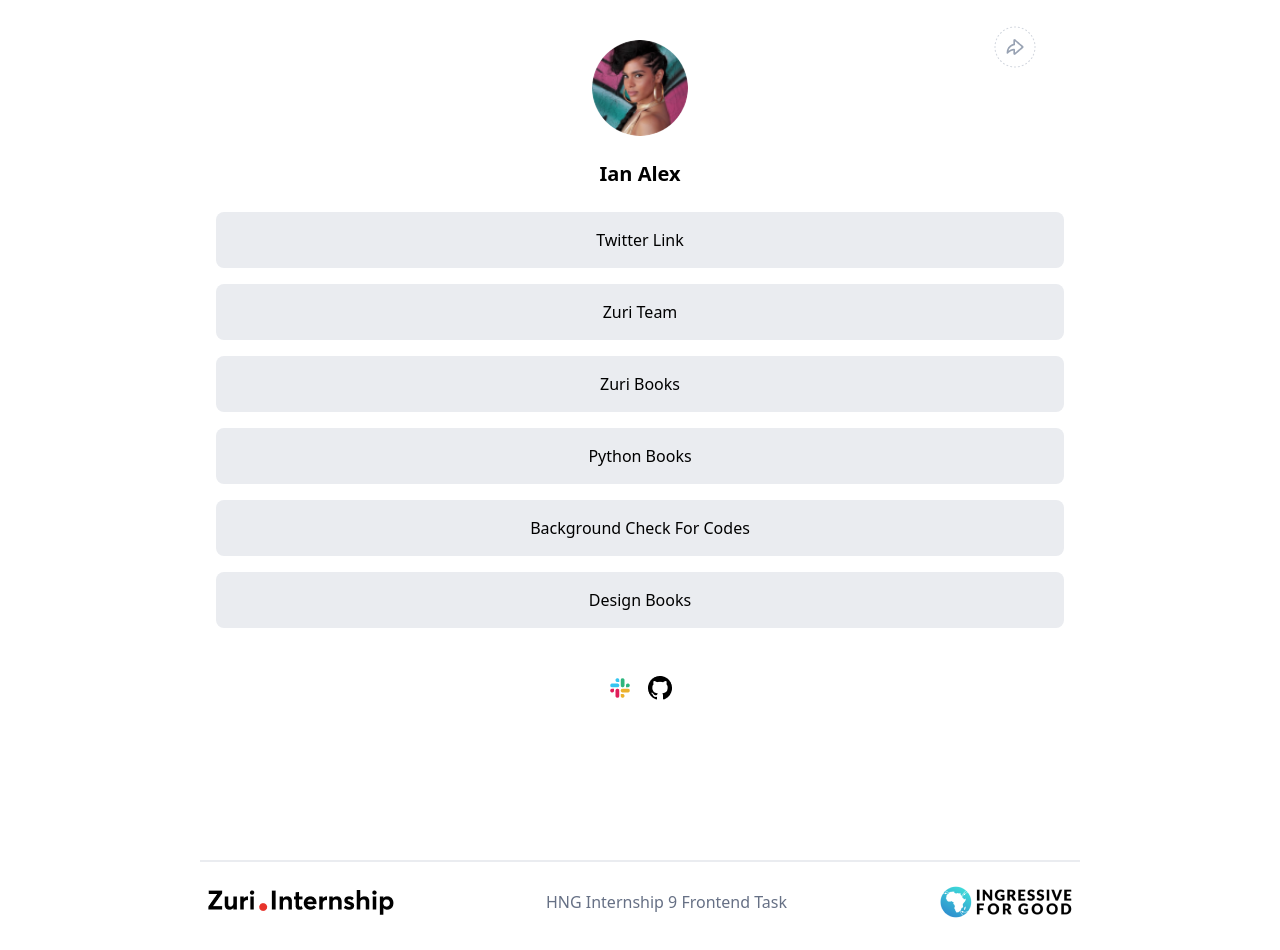
Repository: nonso7/hng9
Page: /
The author's editor kept a copy of each file at every save. The page is drawn from the files as they stood at one save, then again after the next save.
The browser window is 1280 px wide. The pictures show the whole page.
The project was rebuilt for these pictures with package versions that can differ from the ones it lists, and the page was loaded fresh each time. Also part of the build but not shown: vite.config.js.

Above is the page before, as saved 2022-10-27 13:05:46.

After the next save:
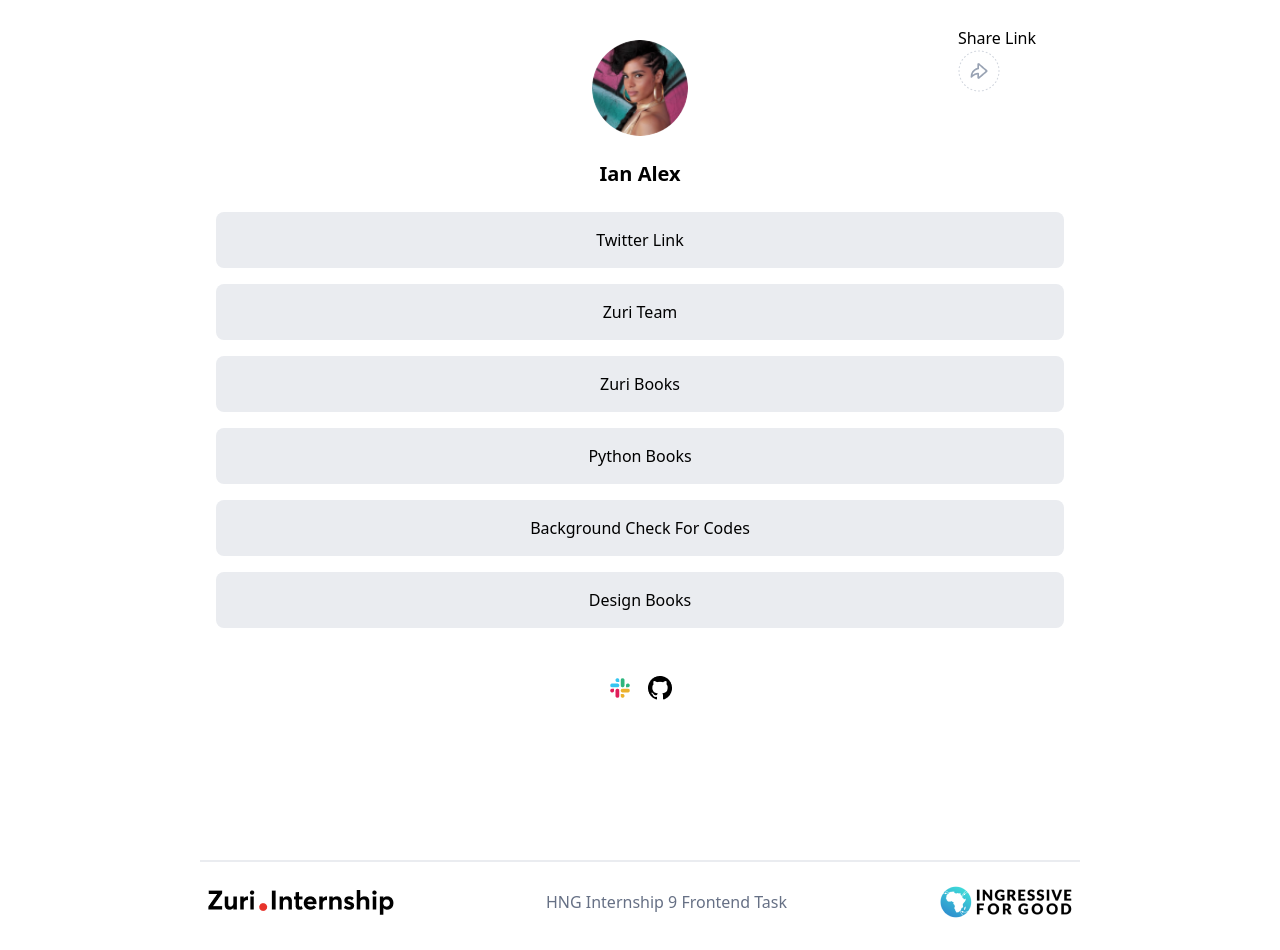
Saved 3 min 7 s later.
--- a/src/Header.jsx
+++ b/src/Header.jsx
@@ -22,7 +22,9 @@
         <p id="slack" className="text-xl font-bold hidden">
           Ik-Alex
         </p>
-        <div className="hidden absolute md:right-[130px] lg:right-[220px] md:top-[-14px] md:block">
+        {/* Share Icon */}
+        <div className="hidden shareFull absolute md:right-[130px] lg:right-[220px] md:top-[-14px] md:block">
+          <p className="sharelink">Share Link</p>
           <img src="/images/_Avatar share button full.png" alt="" />
         </div>
       </div>
